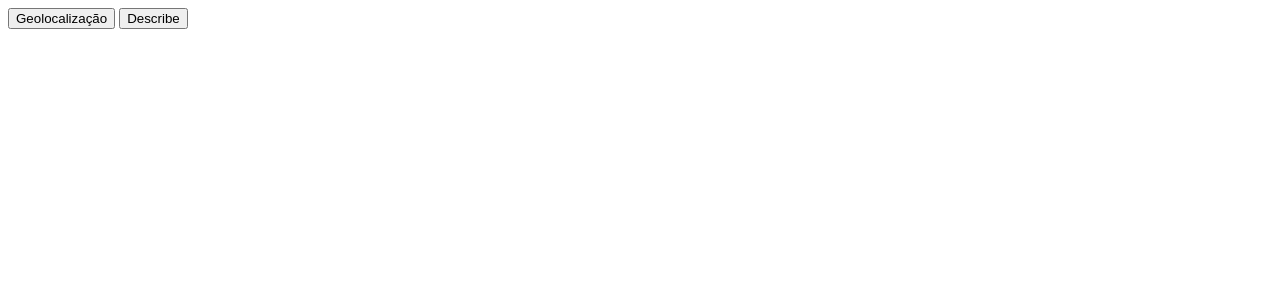
Repository: umlaufisadora/api-weather-physics
Page: index.html
The author's editor kept a copy of each file at every save. The page is drawn from the files as they stood at one save, then again after the next save.
The browser window is 1280 px wide. The pictures show the whole page.

Above is the page before, as saved 2026-07-24 20:36:59.

### index.html
<!DOCTYPE html>
<html lang="en">
<head>
    <meta charset="UTF-8">
    <meta name="viewport" content="width=device-width, initial-scale=1.0">

    <link rel="stylesheet" href="./style.css">

    <title>API TEST </title>
</head>
<body>

    <main>
        <button id="btn-geolocation">Geolocalização</button>
        <button id="btn-describe">Describe</button>
    </main>

    <ul id="listinha">

    </ul>

    <script src="./app.js"></script>
</body>
</html>

### app.js
const describe = document.getElementById('btn-describe');
let count = 0;

    describe.addEventListener('click', () =>
    {
        if(count <1)
        {
            count +=1;
            const list = document.createElement('li');
            const lista = document.getElementById('listinha')


            list.classList.add('task');

            const content = `<input placeholder="Digite o nome da cidade..." id="input-list"></input>`;

            list.innerHTML = content;
            lista.appendChild(list)
        }
         console.log(count)
    });

Loaded but not shown: style.css (no stored copy; drawn as an empty file)

After the next save:
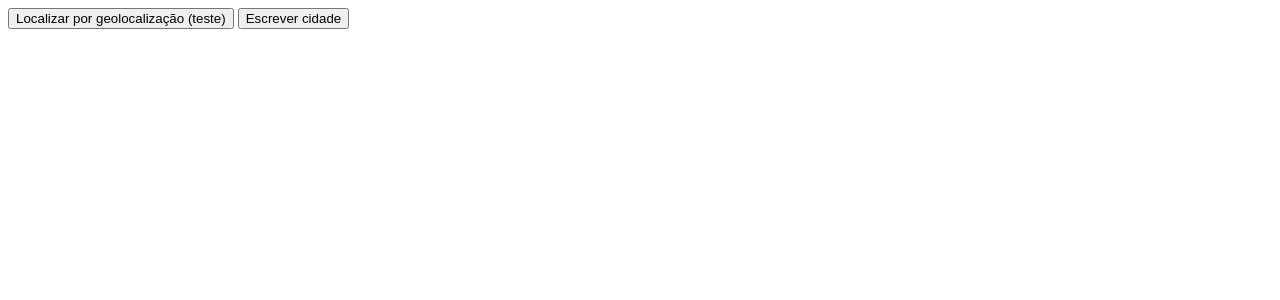
Saved 2 min 46 s later.
--- a/index.html
+++ b/index.html
@@ -11,11 +11,11 @@
 <body>
 
     <main>
-        <button id="btn-geolocation">Geolocalização</button>
-        <button id="btn-describe">Describe</button>
+        <button id="btn-geolocation">Localizar por geolocalização (teste)</button>
+        <button id="btn-describe">Escrever cidade</button>
     </main>
 
-    <ul id="listinha">
+    <ul id="listButton">
 
     </ul>
 
